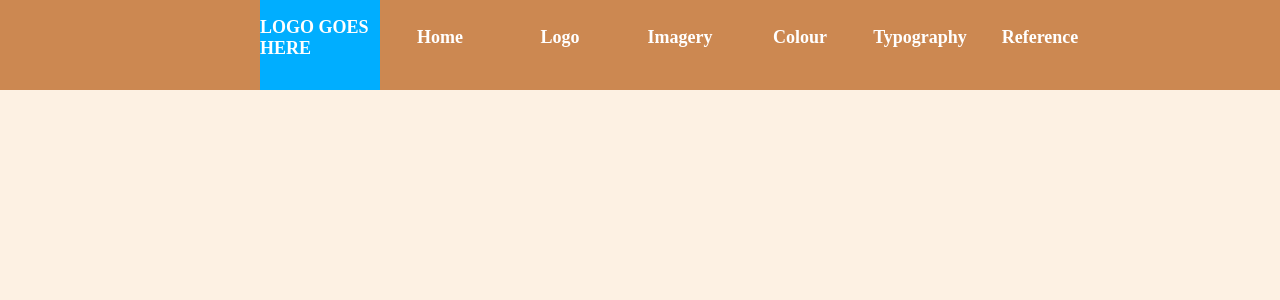
Repository: anagarango/fridgygostyle
Page: htmls/imagery.html
The author's editor kept a copy of each file at every save. The page is drawn from the files as they stood at one save, then again after the next save.
The browser window is 1280 px wide. The pictures show the whole page.

Above is the page before, as saved 2022-03-22 20:59:05.

### htmls/imagery.html
<!DOCTYPE html>
<html lang="en">
<head>
    <meta charset="UTF-8">
    <meta http-equiv="X-UA-Compatible" content="IE=edge">
    <meta name="viewport" content="width=device-width, initial-scale=1.0">
    <title>Document</title>
    <style>
        html{
            background-color: rgb(253, 241, 227);
        }
        body{
            margin: -10px 0 0 0;
        }
        .header{
            display: flex;
            position: fixed;
            margin-top: -5px;
            background-color: rgb(204, 136, 81);
            height: 105px;
            width: 100vw;
            justify-content: center;
            align-items: center;
            z-index: 1;
        }
        .header > a {
            display: flex;
            justify-content: center;
            align-items: center;
            width: 120px;
            height: 100%;
            font-size: 18px;
            color: white;
            text-decoration: none;
            font-weight: 600;
        }
        .header > .hover:hover {
            font-size: 20px;
            background-color: #efc2a3;
            color: rgb(163, 98, 45);
            transition: 0.3s;
            font-weight: 800;
        }
        .logo {
            width: 100px;
            height: 100%;
            background-color: rgb(0, 174, 255);
        }
        .welcomeblob{
            margin: 0 0 0 -2px;
            /* background-color: black; */
            width: 90%;
        }
    </style>
</head>
<body>
    <ul class="header">
        <a class="logo" href="index.html">LOGO GOES HERE</a>
        <a class="hover" href="index.html">Home</a>
        <a class="hover" href="logo.html">Logo</a>
        <a class="hover" href="imagery.html">Imagery</a>
        <a class="hover" href="colour.html">Colour</a>
        <a class="hover" href="typo.html">Typography</a>
        <a class="hover" href="ref.html">Reference</a>
    </ul>
    <div class="welcomeblob">
    </div>
</body>
</html>

After the next save:
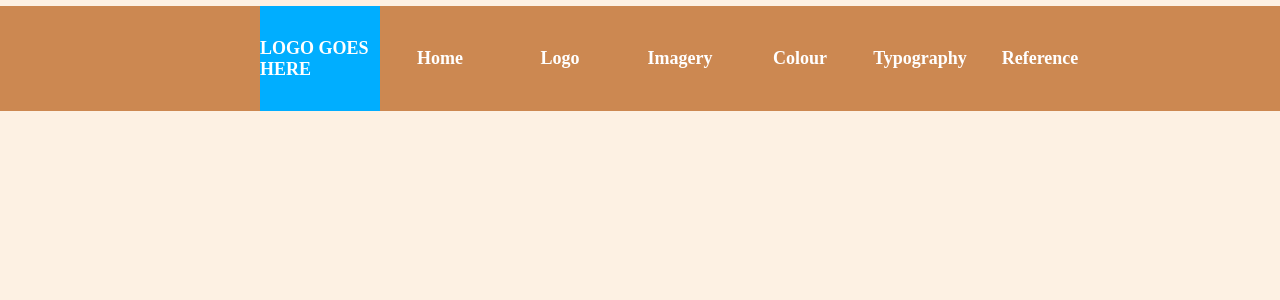
Saved 43 min 2 s later.
--- a/htmls/imagery.html
+++ b/htmls/imagery.html
@@ -65,5 +65,9 @@
     </ul>
     <div class="welcomeblob">
     </div>
+ <div class= "imagery">
+     <H1><b>Imagery </b> </H1>
+ </div>
+
 </body>
 </html>
